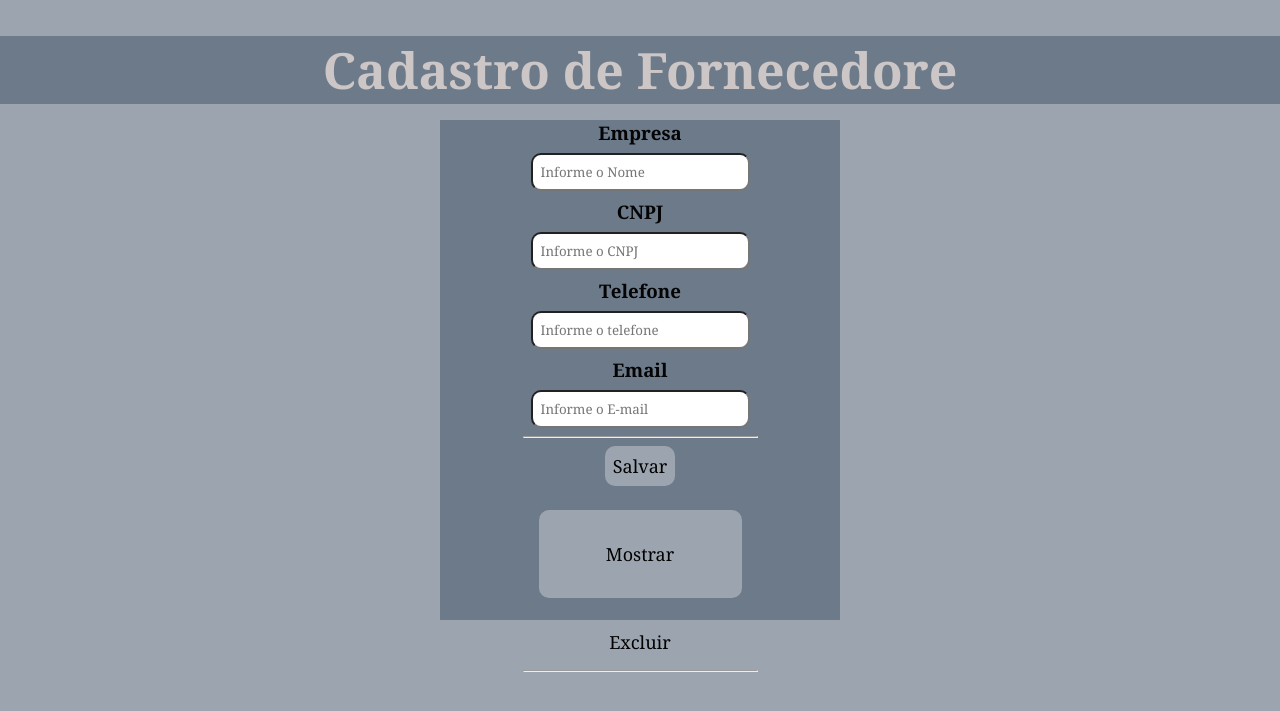
Repository: ArthurKJun/ProjetoCantinaEclipse
Page: http://localhost/arsan/cadastroFornecedor.jsp
The author's editor kept a copy of each file at every save. The page is drawn from the files as they stood at one save, then again after the next save.
The browser window is 1280 px wide. The pictures show the whole page.
The page is served by Tomcat 9.

Above is the page before, as saved 2023-11-03 04:02:10.
Console error: SyntaxError: Function statements require a function name

After the next save:
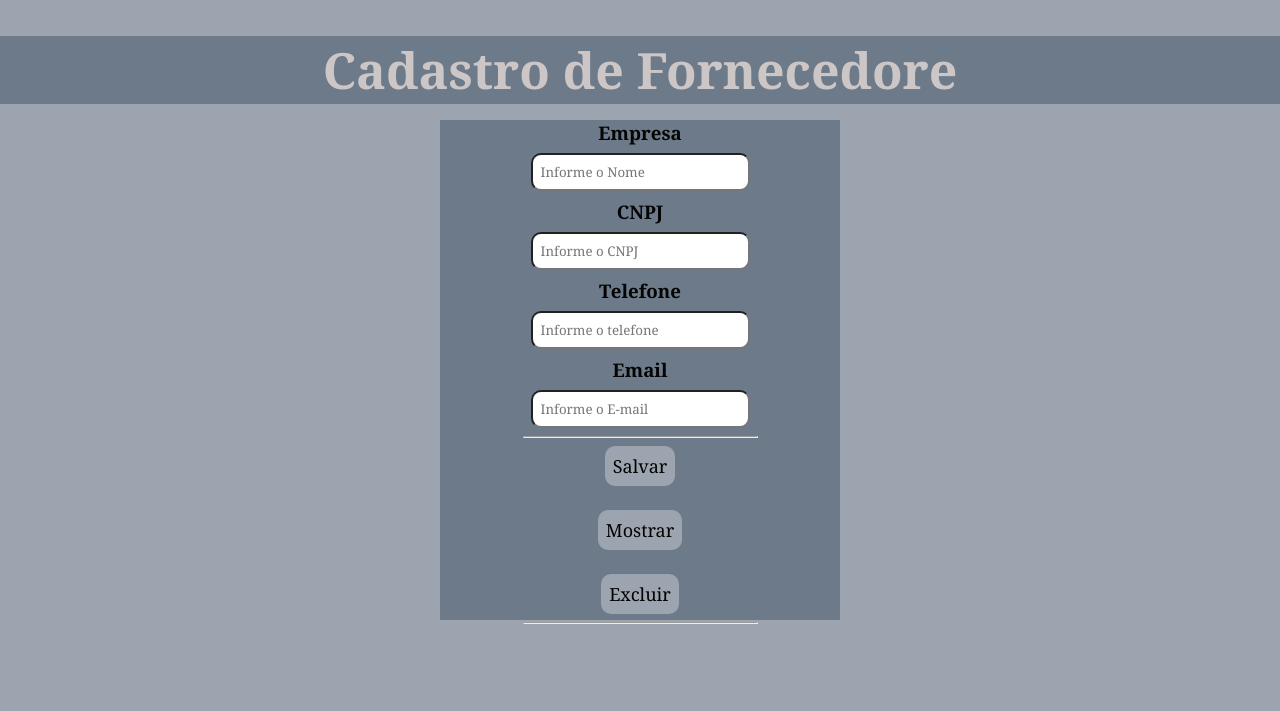
Saved 4 min 36 s later.
--- a/arsan/src/main/webapp/cadastroFornecedor.jsp
+++ b/arsan/src/main/webapp/cadastroFornecedor.jsp
@@ -7,6 +7,14 @@
 <meta charset="ISO-8859-1">
 
 <link rel="stylesheet" href="./Estilos/style.css">
+
+<style type="text/css">
+.inputButton:hover {
+	background-color: #fff;
+	color: black;
+	cursor: pointer;
+}
+</style>
 
 <title>Cadastro de Fornecedor</title>
 
--- a/arsan/src/main/webapp/Estilos/style.css
+++ b/arsan/src/main/webapp/Estilos/style.css
@@ -301,17 +301,6 @@ tfoot td{
     cursor: pointer;
 }
 
-.inputButton{
-
-    padding: 0.5rem;
-    margin: 1rem;
-    font-size: large;
-    background-color: #9ca5af;
-    border: none;
-    border-radius: 10px;
-
-}
-
 .inputButton:hover{
 
     background-color: #fff;
